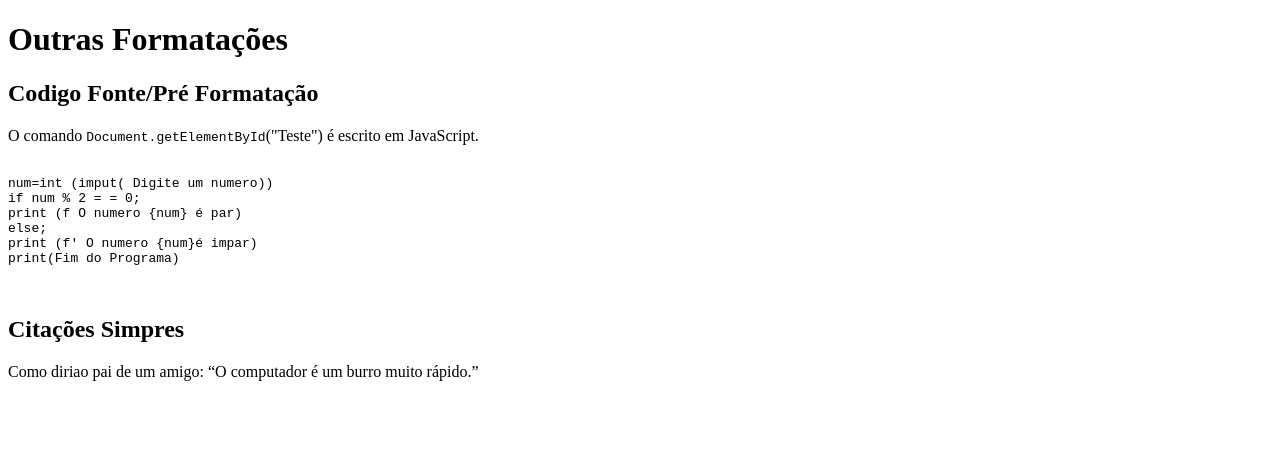
Repository: Guillermomarcon/exercicios
Page: ex009/index.html
These files come from the project's save history. The page is drawn as it stood at one moment and after the next save; the edit follows.
The browser window is 1280 px wide. The pictures show the whole page.

Above is the page before, as saved 2020-12-10 01:40:10.

### ex009/index.html
<!DOCTYPE html>
<html lang="pt-br">
<head>
    <meta charset="UTF-8">
    <meta name="viewport" content="width=device-width, initial-scale=1.0">
    <title>Outras Formatações</title>
</head>
<body>
    <h1>Outras Formatações</h1>
    <h2>Codigo Fonte/Pré Formatação</h2>
    <p>O comando <code>Document.getElementById</code>("Teste") é escrito em JavaScript.</p>
    <p>
        <pre>
            <code>
num=int (imput( Digite um numero))
if num % 2 = = 0;
print (f O numero {num} é par)
else;
print (f' O numero {num}é impar)
print(Fim do Programa)
            </code>
        </pre>
    </p>
    <h2>Citações Simpres</h2>
    <!--Sempre use a tag <q></q> para citçoes sem quebra de linha-->
    <p>Como diriao pai de um amigo: <q>O computador é um burro muito rápido.</q></p>


</body>
</html>

After the next save:
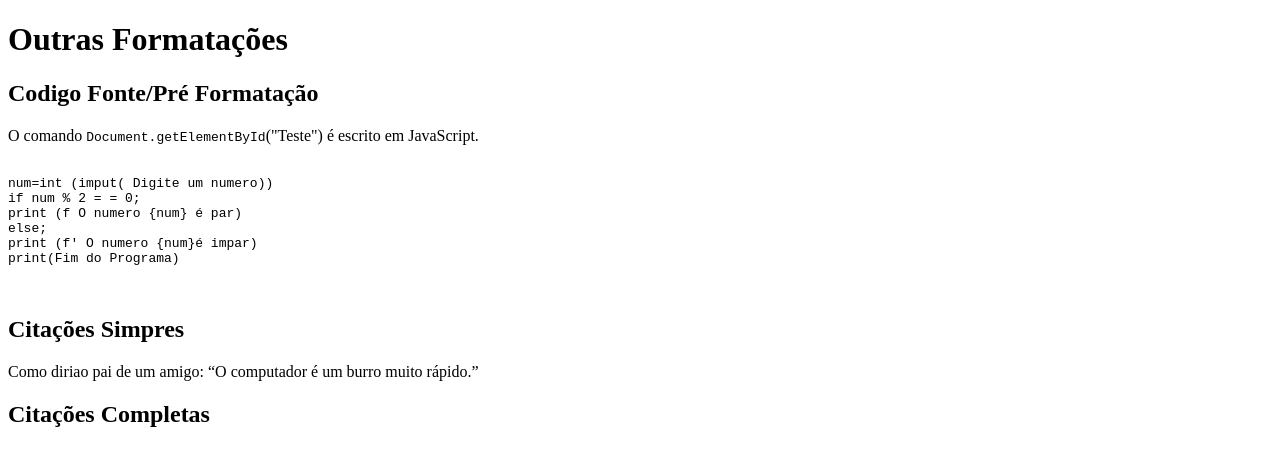
Saved 29 s later.
--- a/ex009/index.html
+++ b/ex009/index.html
@@ -24,6 +24,7 @@ print(Fim do Programa)
     <h2>Citações Simpres</h2>
     <!--Sempre use a tag <q></q> para citçoes sem quebra de linha-->
     <p>Como diriao pai de um amigo: <q>O computador é um burro muito rápido.</q></p>
+    <h2>Citações Completas</h2>
 
 
 </body>
